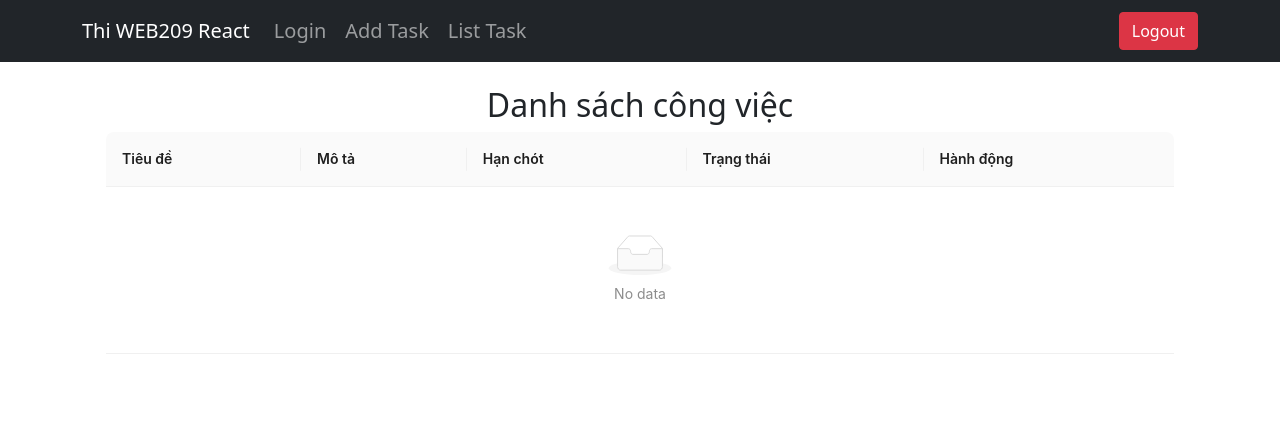
Repository: Lemon-ooo/PersonalTaskManager
Page: /
These files come from the project's save history. The page is drawn as it stood at one moment and after the next save; the edit follows.
The browser window is 1280 px wide. The pictures show the whole page.
The project was rebuilt for these pictures with package versions that can differ from the ones it lists, and the page was loaded fresh each time. Requests to the local data server were answered from the project's data file. Also part of the build but not shown: vite.config.ts, src/components/AuthForm.tsx, src/hooks/useAuth.ts, src/page/Login.tsx, src/components/TaskForm.tsx, src/page/TaskAdd.tsx, src/page/TaskEdit.tsx.

Above is the page before, as saved 2025-07-26 20:22:19.

After the next save:
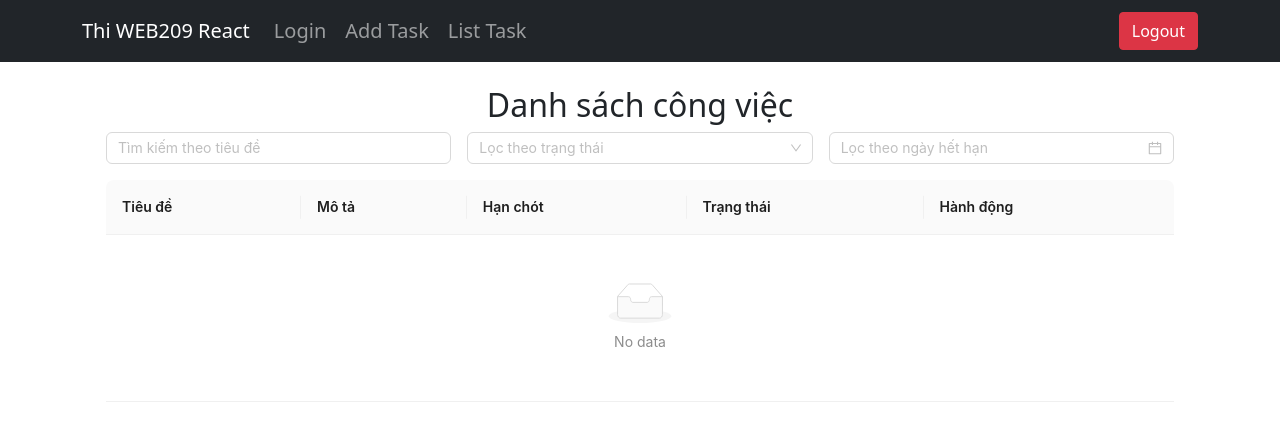
Saved 6 h 52 min later.
--- a/src/page/TaskList.tsx
+++ b/src/page/TaskList.tsx
@@ -1,8 +1,21 @@
-import React, { useEffect } from "react";
-import { Table, Tag, Button, Popconfirm } from "antd";
+import React, { useEffect, useState } from "react";
+import {
+  Table,
+  Tag,
+  Button,
+  Popconfirm,
+  Input,
+  Select,
+  DatePicker,
+  Row,
+  Col,
+} from "antd";
 import { useTask } from "../hooks/useTask";
 import { Task } from "../services/task";
 import { useNavigate } from "react-router-dom";
+import dayjs from "dayjs";
+
+const { Option } = Select;
 
 const statusColor = {
   todo: "gray",
@@ -11,12 +24,29 @@ const statusColor = {
 };
 
 export default function TaskList() {
-  const { tasks, handlegetAll, handleEdit, handleDelete } = useTask();
+  const { tasks, handlegetAll, handleDelete } = useTask();
+  const [filteredTasks, setFilteredTasks] = useState<Task[]>([]);
+  const [search, setSearch] = useState("");
+  const [statusFilter, setStatusFilter] = useState<string | undefined>();
+  const [dateFilter, setDateFilter] = useState<string | undefined>();
   const navigate = useNavigate();
 
   useEffect(() => {
     handlegetAll();
   }, []);
+
+  useEffect(() => {
+    // Lọc theo keyword, trạng thái và ngày
+    const newTasks = tasks.filter((task) => {
+      const matchSearch = task.title
+        .toLowerCase()
+        .includes(search.toLowerCase());
+      const matchStatus = statusFilter ? task.status === statusFilter : true;
+      const matchDate = dateFilter ? task.dueDate === dateFilter : true;
+      return matchSearch && matchStatus && matchDate;
+    });
+    setFilteredTasks(newTasks);
+  }, [search, statusFilter, dateFilter, tasks]);
 
   const columns = [
     {
@@ -72,8 +102,42 @@ export default function TaskList() {
   return (
     <div style={{ padding: 24 }}>
       <h2 style={{ textAlign: "center" }}>Danh sách công việc</h2>
+
+      {/* Thanh lọc & tìm kiếm */}
+      <Row gutter={16} style={{ marginBottom: 16 }}>
+        <Col span={8}>
+          <Input
+            placeholder="Tìm kiếm theo tiêu đề"
+            value={search}
+            onChange={(e) => setSearch(e.target.value)}
+          />
+        </Col>
+        <Col span={8}>
+          <Select
+            allowClear
+            placeholder="Lọc theo trạng thái"
+            style={{ width: "100%" }}
+            value={statusFilter}
+            onChange={(value) => setStatusFilter(value)}
+          >
+            <Option value="todo">Chưa bắt đầu</Option>
+            <Option value="in-progress">Đang làm</Option>
+            <Option value="done">Đã hoàn thành</Option>
+          </Select>
+        </Col>
+        <Col span={8}>
+          <DatePicker
+            style={{ width: "100%" }}
+            placeholder="Lọc theo ngày hết hạn"
+            onChange={(date) =>
+              setDateFilter(date ? date.format("YYYY-MM-DD") : undefined)
+            }
+          />
+        </Col>
+      </Row>
+
       <Table
-        dataSource={tasks.map((task) => ({ ...task, key: task.id }))}
+        dataSource={filteredTasks.map((task) => ({ ...task, key: task.id }))}
         columns={columns}
         pagination={{ pageSize: 5 }}
       />
